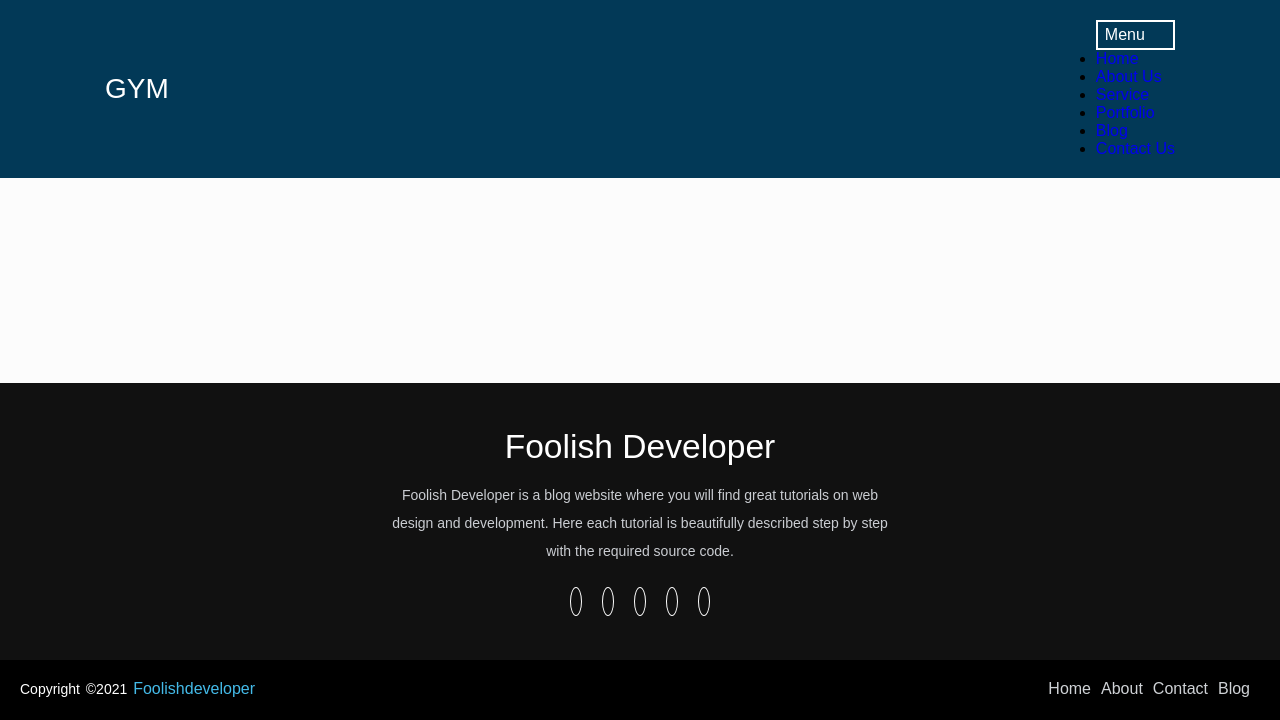
Repository: mcleanka/gym-management-system
Page: index.html
The author's editor kept a copy of each file at every save. The page is drawn from the files as they stood at one save, then again after the next save.
The browser window is 1280 px wide. The pictures show the whole page.

Above is the page before, as saved 2022-07-01 17:00:06.

After the next save:
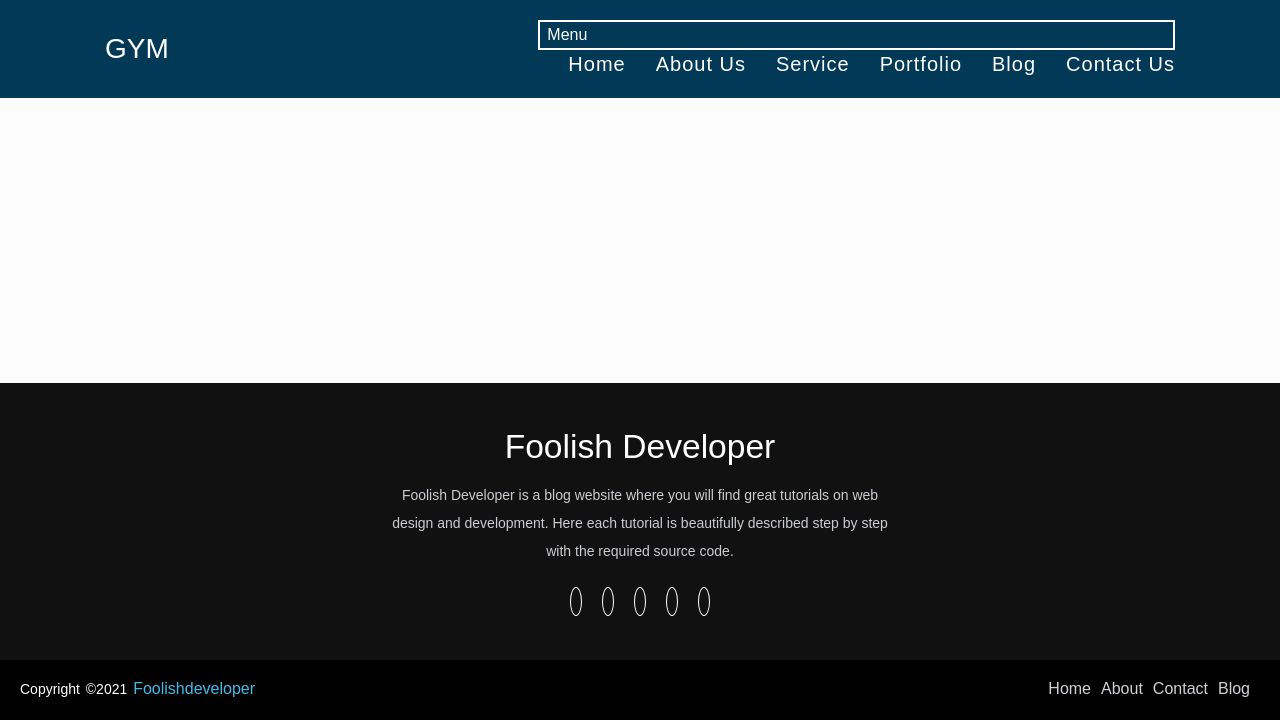
Saved 12 s later.
--- a/css/style.css
+++ b/css/style.css
@@ -58,6 +58,33 @@
      .nav_ico:hover {
      	background: white;
      	color: black;
+     }
+
+     .main_nav {
+     	float: right;
+     }
+
+     .main_nav ul {
+     	margin: 0;
+     	padding: 0px;
+     	list-style: none;
+     }
+
+     .main_nav ul li {
+     	float: left;
+     	margin: 0 0 0 30px;
+     	position: relative;
+     	font-size: 20px;
+     	letter-spacing: 1px;
+     	font-weight: 300;
+     	overflow: hidden;
+     }
+
+     .main_nav ul li a {
+     	color: white;
+     	display: block;
+     	line-height: 1.4;
+     	text-decoration: none;
      }
 
      footer {
